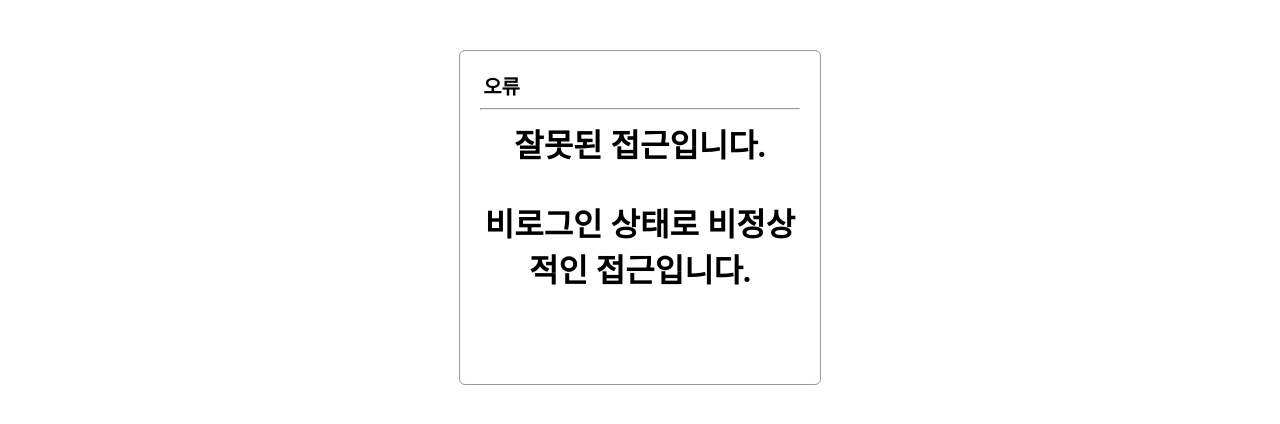
Repository: acredev/Restaurant_Management_System
Page: http://localhost/leekangjo/jsp/mypage/myinfo/myinfo.jsp
These files come from the project's save history. The page is drawn as it stood at one moment and after the next save; the edit follows.
The browser window is 1280 px wide. The pictures show the whole page.
The page is served by Tomcat 9.

Above is the page before, as saved 2023-05-18 11:09:27.

After the next save:
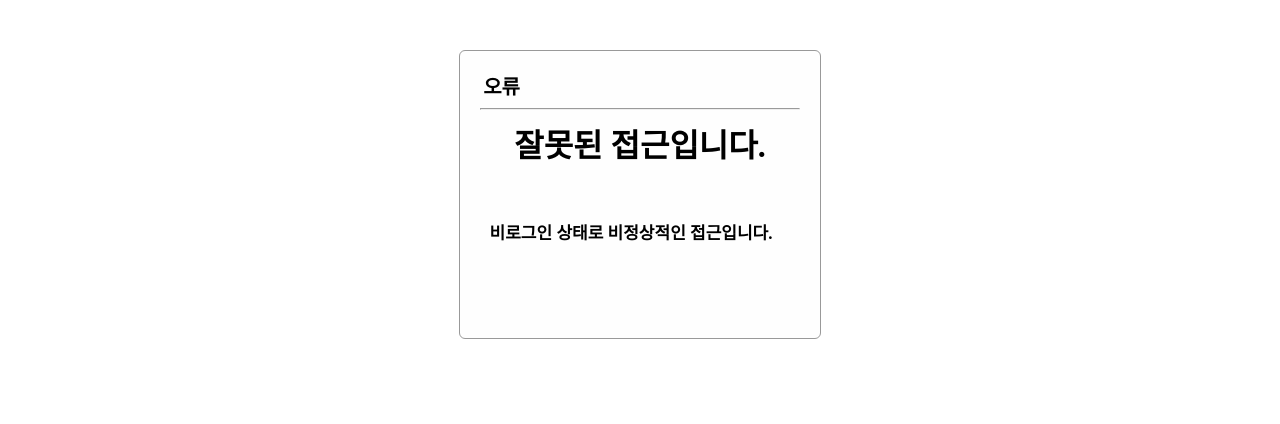
Saved 9 s later.
--- a/leekangjo/WebContent/jsp/mypage/myinfo/myinfo.jsp
+++ b/leekangjo/WebContent/jsp/mypage/myinfo/myinfo.jsp
@@ -107,7 +107,7 @@
 					<div class="form-item">
 						<h1>잘못된 접근입니다.</h1>
 						<br>
-						<h1>비로그인 상태로 비정상적인 접근입니다.</h2>
+						<h2>비로그인 상태로 비정상적인 접근입니다.</h2>
 					</div>
 				</div>
 			</div>
